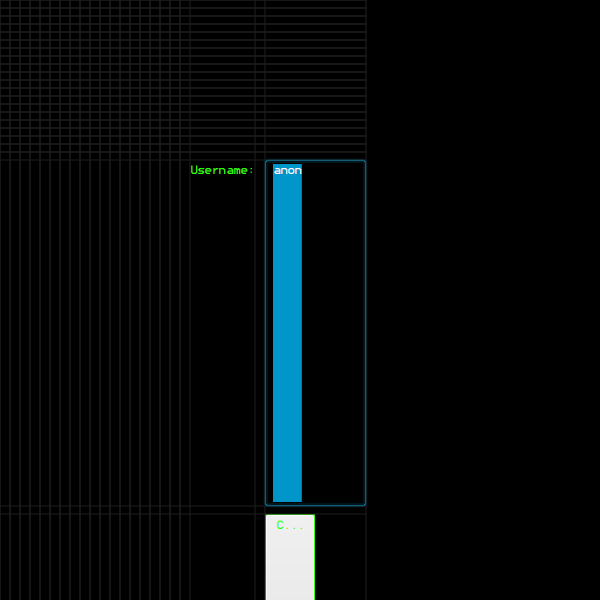
Repository: silic4-ivey/River
Program's window: java RiverClient/src/Main.java
An editor plug-in stored every save of this project. The program's window is shown before and after the next save, followed by the edit.
It runs on Java 21 on a 1366 x 768 screen with JavaFX 11; the title bar is not drawn. It also reads RiverClient/resources/fonts/Modeseven-L3n5.ttf.

Above is the program's window before, as saved 2021-08-16 19:09:55.

After the next save:
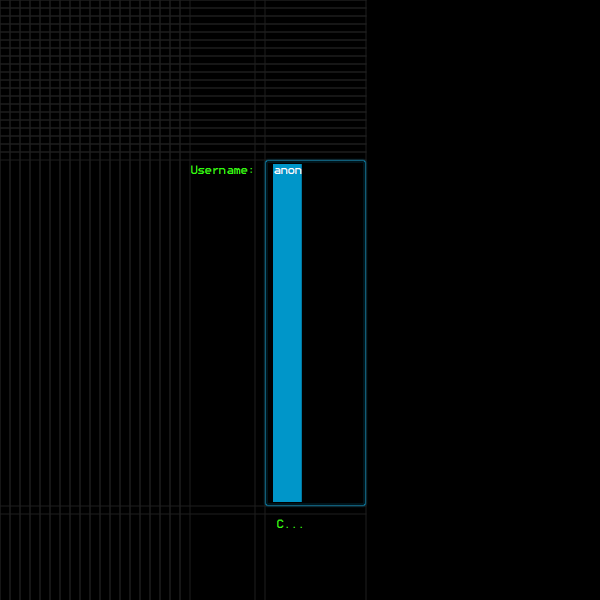
Saved 5 s later.
--- a/RiverClient/src/MainUI.java
+++ b/RiverClient/src/MainUI.java
@@ -59,7 +59,7 @@
 
 		connectButton.setTextFill(Color.web("#39ff14"));
 		connectButton.setStyle("-fx-background-color: black");
-		connectButton.setStyle("-fx-border-color: #39ff14");
+		//connectButton.setStyle("-fx-border-color: #39ff14");
 
 		connectButton.setMaxSize(50, 20);
 
